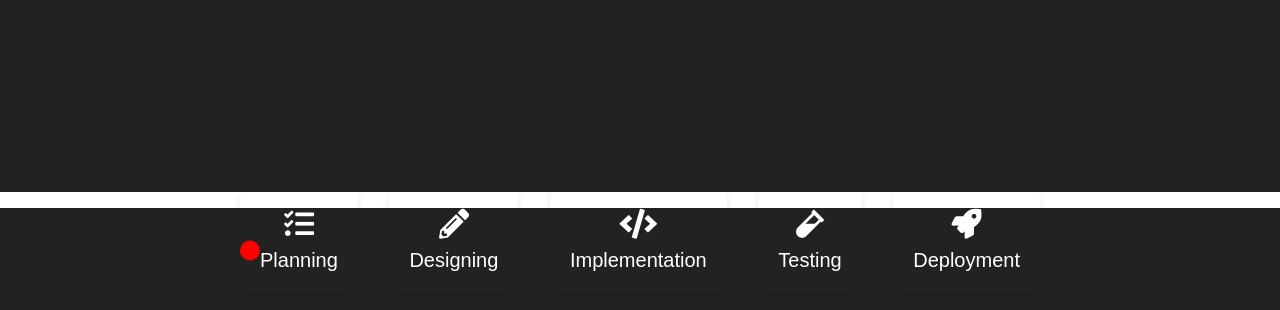
Repository: itsquadian/IT-SQUADIAN
Page: try.html
The author's editor kept a copy of each file at every save. The page is drawn from the files as they stood at one save, then again after the next save.
The browser window is 1280 px wide. The pictures show the whole page.

Above is the page before, as saved 2024-04-13 20:10:45.

After the next save:
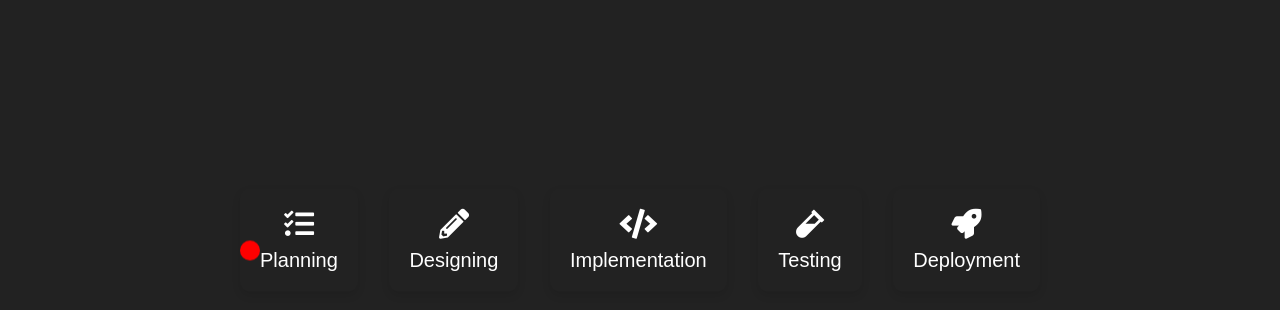
Saved 20 s later.
--- a/try.html
+++ b/try.html
@@ -31,7 +31,7 @@
     }
 
     .road-path {
-        stroke: #fff;
+        /* stroke: #fff; */
         stroke-width: 10;
     }
 
